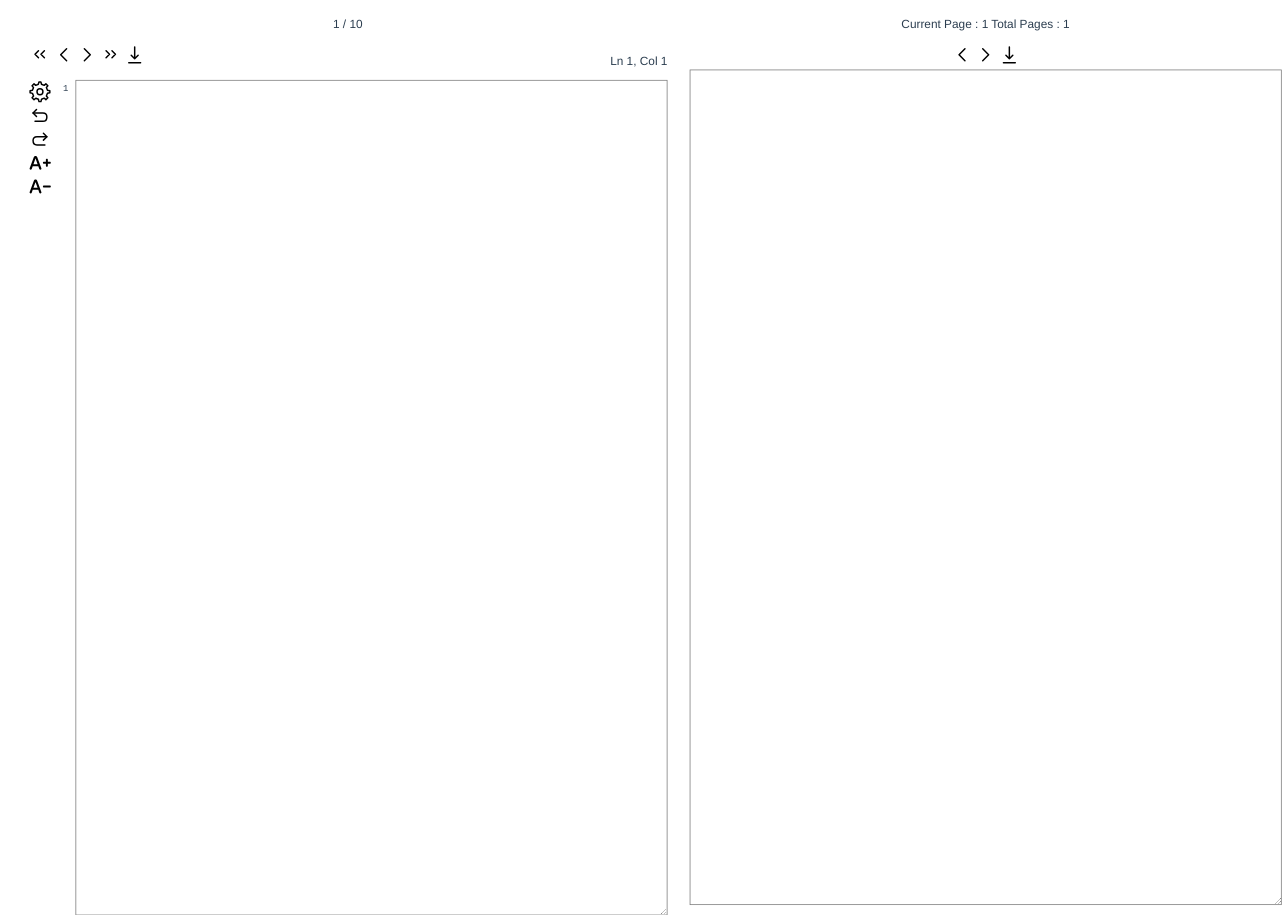
Repository: 321paranoiawhy/online-resume
Page: /
The author's editor kept a copy of each file at every save. The page is drawn from the files as they stood at one save, then again after the next save.
The browser window is 1280 px wide. The page is 1732 px wide, so the pictures cover 1732 px, including what lies to the right of the window. The pictures show the whole page, at 74% of full size.
The project was rebuilt for these pictures with package versions that can differ from the ones it lists, and the page was loaded fresh each time. Also part of the build but not shown: vue.config.js, src/components/Header.vue, src/components/Introduction.vue, src/components/Footer.vue.

Above is the page before, as saved 2022-05-29 15:39:31.

After the next save:
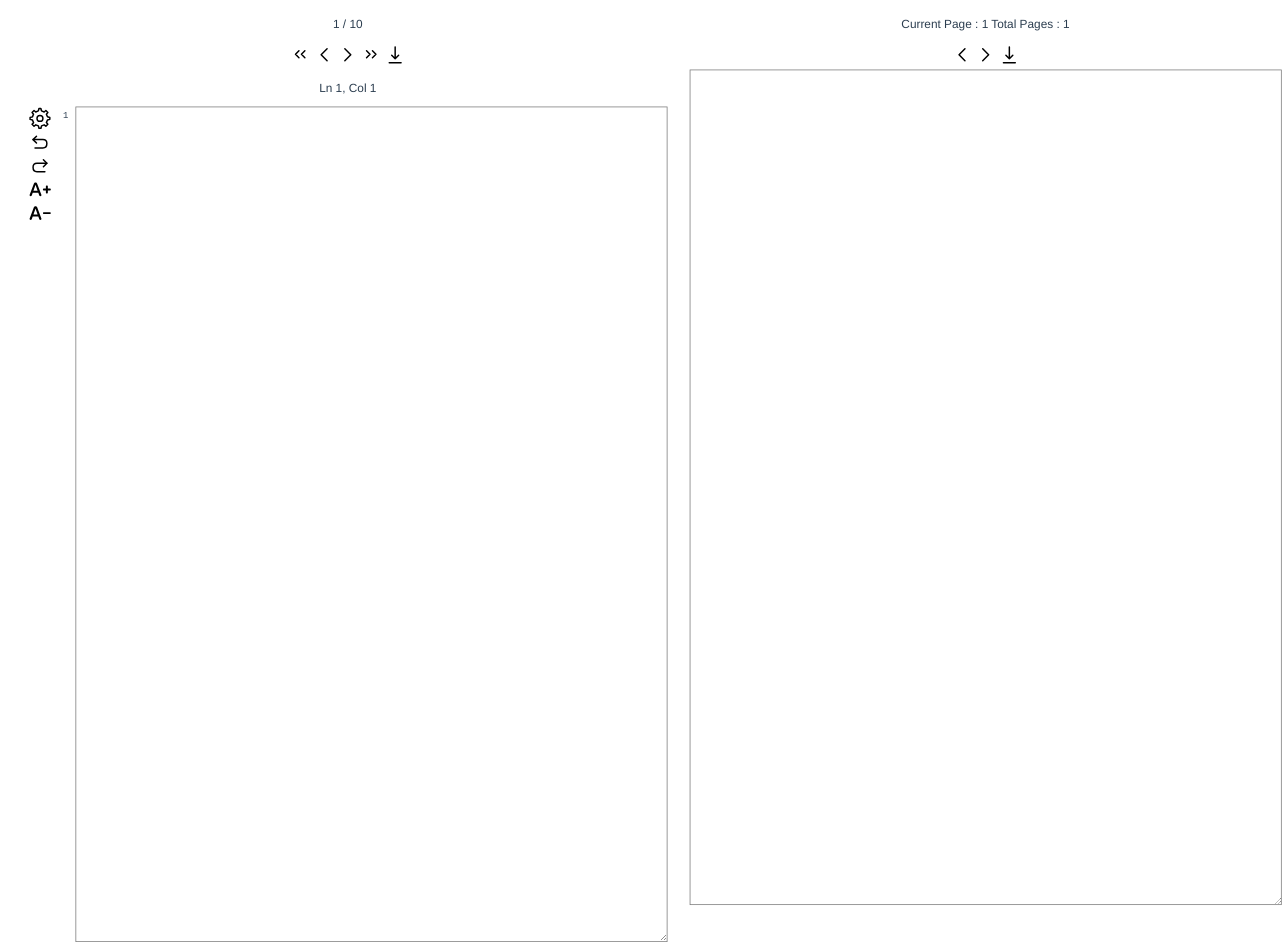
Saved 3 min 12 s later.
--- a/src/components/LeftInput.vue
+++ b/src/components/LeftInput.vue
@@ -1,7 +1,7 @@
 <template>
     <div class="left-input-flex-column">
         <p>{{ currentInputPage }} / {{ totalInputPage }}</p>
-        <div class="top-flex">
+        <div>
             <img
                 v-for="(item, index) in leftInputImage"
                 :key="index"
